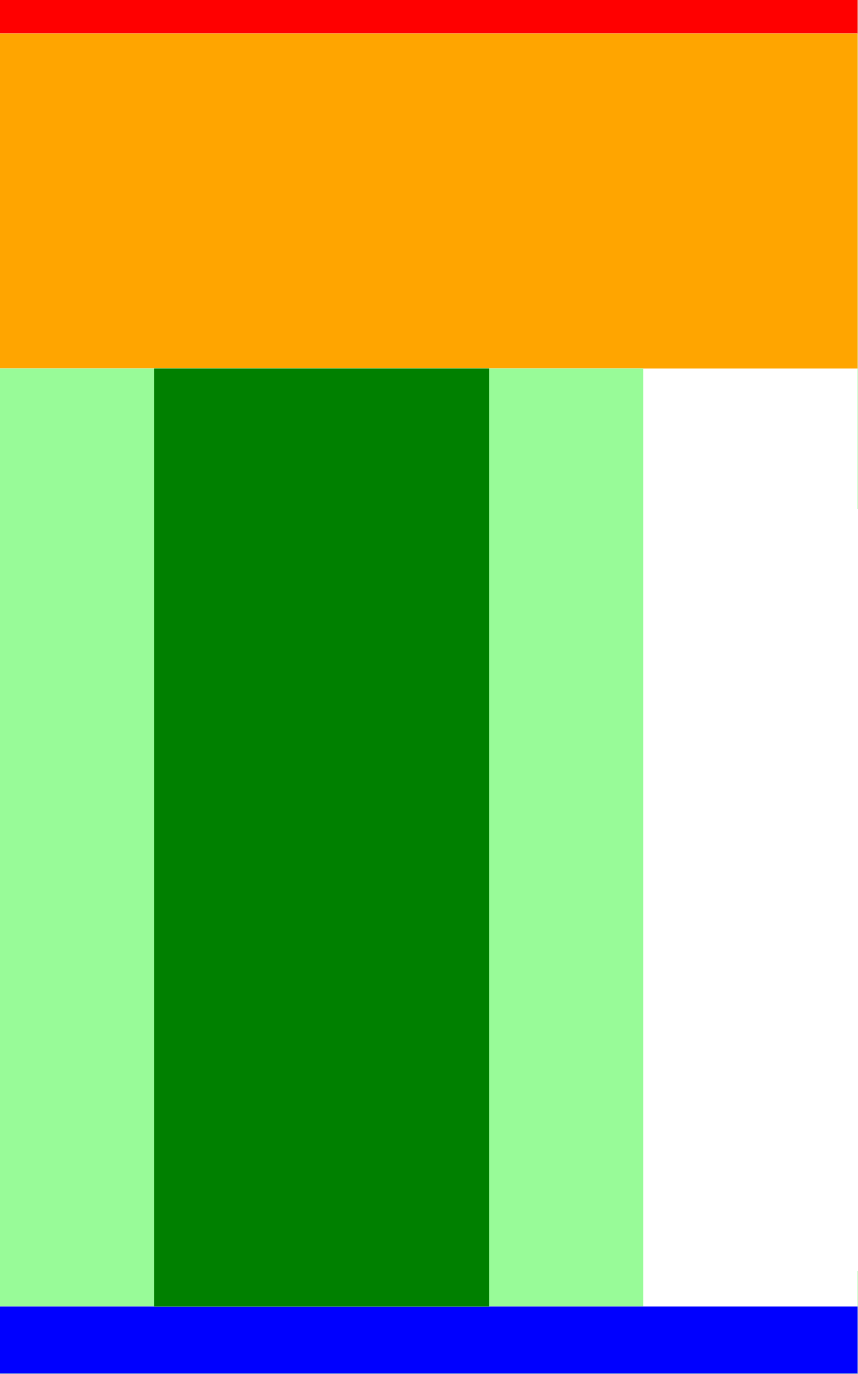
Repository: cyaomasa/java-
Page: chapter4_exercise/index2.html
The author's editor kept a record of every edit. The page is drawn from the files as they stood at one moment, then again after the next edit.
The browser window is 1280 px wide. The pictures show the whole page, at 67% of full size.

Above is the page before.

After the next edit:
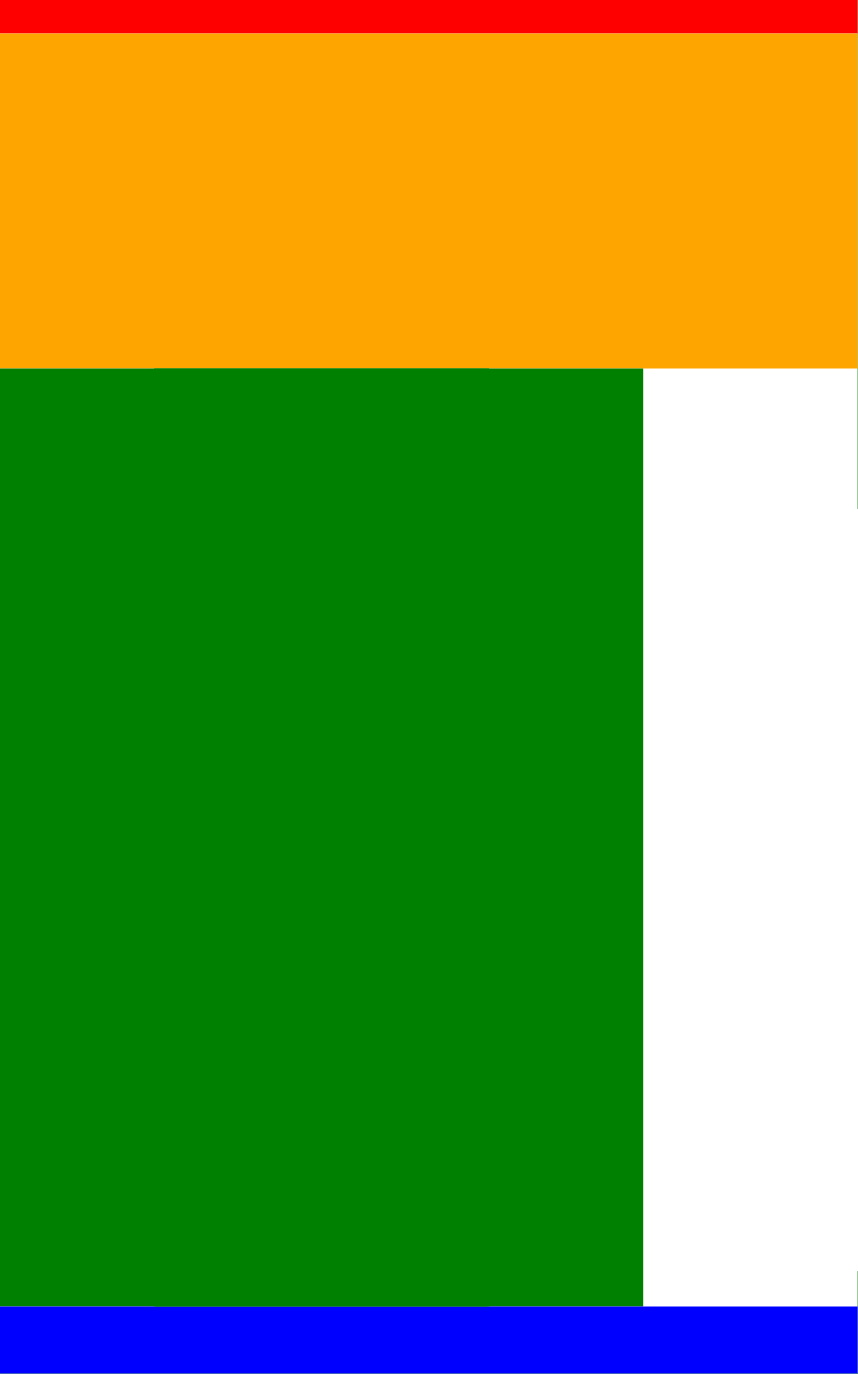
The edit:
--- a/chapter4_exercise/style2.css
+++ b/chapter4_exercise/style2.css
@@ -17,7 +17,7 @@
 .main {
   width: 960px;
   height: 1400px;
-  background-color: palegreen;
+  background-color: green;
   display: flex;
   justify-content: center;
 }
